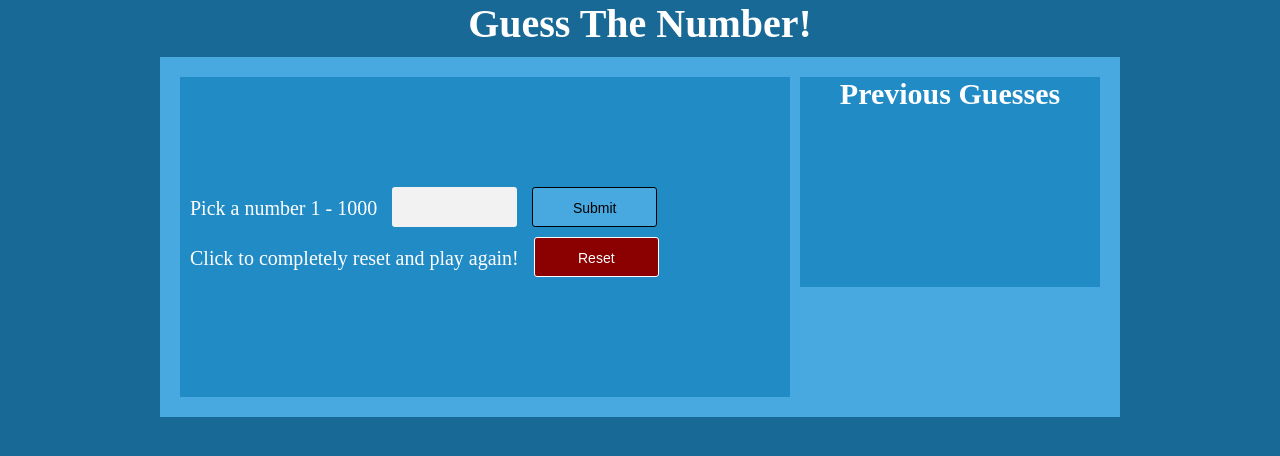
Repository: mlmEFSC21/P14-Guessing-Game
Page: guess.html
An editor plug-in stored every save of this project. The page is shown before and after the next save, followed by the edit.
The browser window is 1280 px wide. The pictures show the whole page.

Above is the page before, as saved 2022-03-19 14:30:57.

### guess.html
<!DOCTYPE html>
<html lang="en">
    <head>
        <meta charset="UTF-8" />
        <meta http-equiv="X-UA-Compatible" content="IE=edge" />
        <meta name="viewport" content="width=device-width, initial-scale=1.0" />
        <link rel="stylesheet" href="guess.css" />
        <script src="guess.js" defer></script>
        <title>Guessing Game</title>
    </head>
    <body>
        <header>
            <h1 class="pageTitle">Guess The Number!</h1>
        </header>
        <section>
            <div class="gameContainer" id="container">
                <div class="results" id="results">
                    <form action="#" class="inputForm">
                        <label for="guessInput">Pick a number 1 - 1000</label>
                        <input
                            type="text"
                            required
                            name="guessInput"
                            class="guessInput"
                            id="guessInput"
                        />
                        <button type="submit" class="submitBtn" id="submitBtn">Submit</button>
                        <label for="resetBtn">Click to completely reset and play again!</label>
                        <button type="reset" class="resetBtn" id="resetBtn" name="Reset">
                            Reset
                        </button>
                    </form>
                </div>
                <div class="guessesContainer" id="guessesContainer">
                    <h2>Previous Guesses</h2>
                    <ul class="guesses" id="guessList"></ul>
                </div>
            </div>
        </section>
    </body>
</html>

### guess.css
:root {
    --clr-primary: #218bc6;
    --clr-secondary: #48a9e0;
    --clr-tertiary: #196996;
}

*,
*::after,
*::before {
    box-sizing: border-box;
    margin: 0;
    padding: 0;
}
body {
    background-color: var(--clr-tertiary);
    color: white;
    font-size: 1.25rem;
}
.pageTitle {
    text-align: center;
}
.gameContainer {
    background-color: var(--clr-secondary);
    display: grid;
    max-width: 960px;
    height: 50vh;
    margin: 10px auto;
    padding: 20px;
    grid-template-columns: repeat(3, 1fr);
    grid-template-rows: repeat(3, 1fr);
    gap: 10px;
    align-items: center;
    justify-content: center;
}
.results {
    background-color: var(--clr-primary);
    display: flex;
    flex-direction: column-reverse;
    margin: 10px auto;
    padding: 10px;
    grid-column: 1 / 3;
    grid-row: 1 / 4;
    height: 100%;
    justify-content: center;
    align-items: center;
    overflow: hidden;
}
.inputForm {
    display: flex;
    flex-wrap: wrap;
}
label {
    margin-right: 15px;
    margin-block: 10px;
}
input {
    border: none;
    -webkit-appearance: none;
    -ms-appearance: none;
    -moz-appearance: none;
    appearance: none;
    background: #f2f2f2;
    padding: 12px;
    border-radius: 3px;
    width: 125px;
    height: 40px;
    outline: none;
    font-size: 14px;
}
button {
    border: solid 1px; navy;
    margin-bottom: 10px;
    padding: 12px;
    border-radius: 3px;
    width: 125px;
    height: 40px;
    outline: none;
    font-size: 14px;
}
.submitBtn {
    background: var(--clr-secondary);
    margin-left: 15px;
}
.submitBtn:hover {
    background: #44B3DB;
}
.resetBtn {
    background: darkred;
    color: white;
}
.resetBtn:hover {
    background: red;
}
.guessesContainer {
    background-color: var(--clr-primary);
    display: flex;
    flex-direction: column;
    height: 100%;
    grid-row: 1 / 3;
    align-items: center;
}

### guess.js
let randomNumber = Math.floor(Math.random() * 1000 + 1);
let guesses = [];

const guessInput = document.getElementById("guessInput");
const resultsDiv = document.getElementById("results");
const submitButton = document.getElementById("submitBtn");
const resetButton = document.getElementById("resetBtn");
const p = document.createElement("p");
const ul = document.getElementById("guessList");
const li = document.createElement("li");
const guessesContainer = document.getElementById("guessesContainer");
const h3 = document.createElement("h3");

//checks to see if the guess is higher, lower, or equal to
function checkGuess() {
    const currentGuess = Number(guessInput.value);
    if (currentGuess == randomNumber) {
        guesses.push(currentGuess);
        p.innerText = "Congratulations! You guessed the number!";
        resultsDiv.append(p);
        countGuesses();
    }
    if (currentGuess < randomNumber) {
        guesses.push(currentGuess);
        p.innerText = "Too low. Try again!";
        resultsDiv.append(p);
        trackGuesses();
    }
    if (currentGuess > randomNumber) {
        guesses.push(currentGuess);
        p.innerText = "Too high. Try again!";
        resultsDiv.append(p);
        trackGuesses();
    }
}
//tracks previous guess in a <ul>. Removes <li> and populates from guesses[] each time.
function trackGuesses() {
    while (ul.hasChildNodes()) {
        ul.removeChild(ul.firstChild);
    }
    for (i = 0; i <= guesses.length - 1; i++) {
        let li = document.createElement("li");
        li.innerText = guesses[i];
        ul.appendChild(li);
    }
}

//counts how many guesses. Uses array length.
function countGuesses() {
    let numOfGuesses = guesses.length;
    h3.innerText = `It took you ${numOfGuesses} guesses!`;
    guessesContainer.append(h3);
}
// creates a new random number for replay
function newRNG() {
    randomNumber = Math.floor(Math.random() * 10 + 1);
}
//resets the game completely.
function resetGame() {
    p.innerText = "";
    resultsDiv.append(p);
    while (ul.hasChildNodes()) {
        ul.removeChild(ul.firstChild);
    }
    h3.remove();
    // guessesContainer.removeChild(h3);
    guesses = [];
    newRNG();
    console.log(randomNumber);
}

submitButton.addEventListener("click", checkGuess);
resetButton.addEventListener("click", resetGame);
//logging random number for debugging. DELETE LATER
console.log(randomNumber);
console.log(guesses);

After the next save:
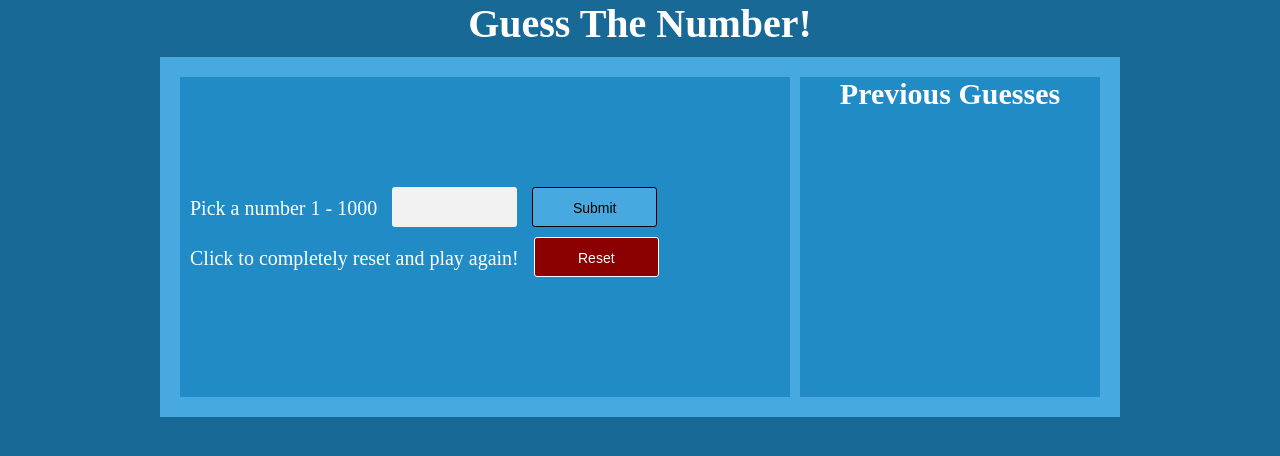
Saved 49 s later.
--- a/guess.css
+++ b/guess.css
@@ -96,6 +96,6 @@
     display: flex;
     flex-direction: column;
     height: 100%;
-    grid-row: 1 / 3;
+    grid-row: 1 / 4;
     align-items: center;
 }
